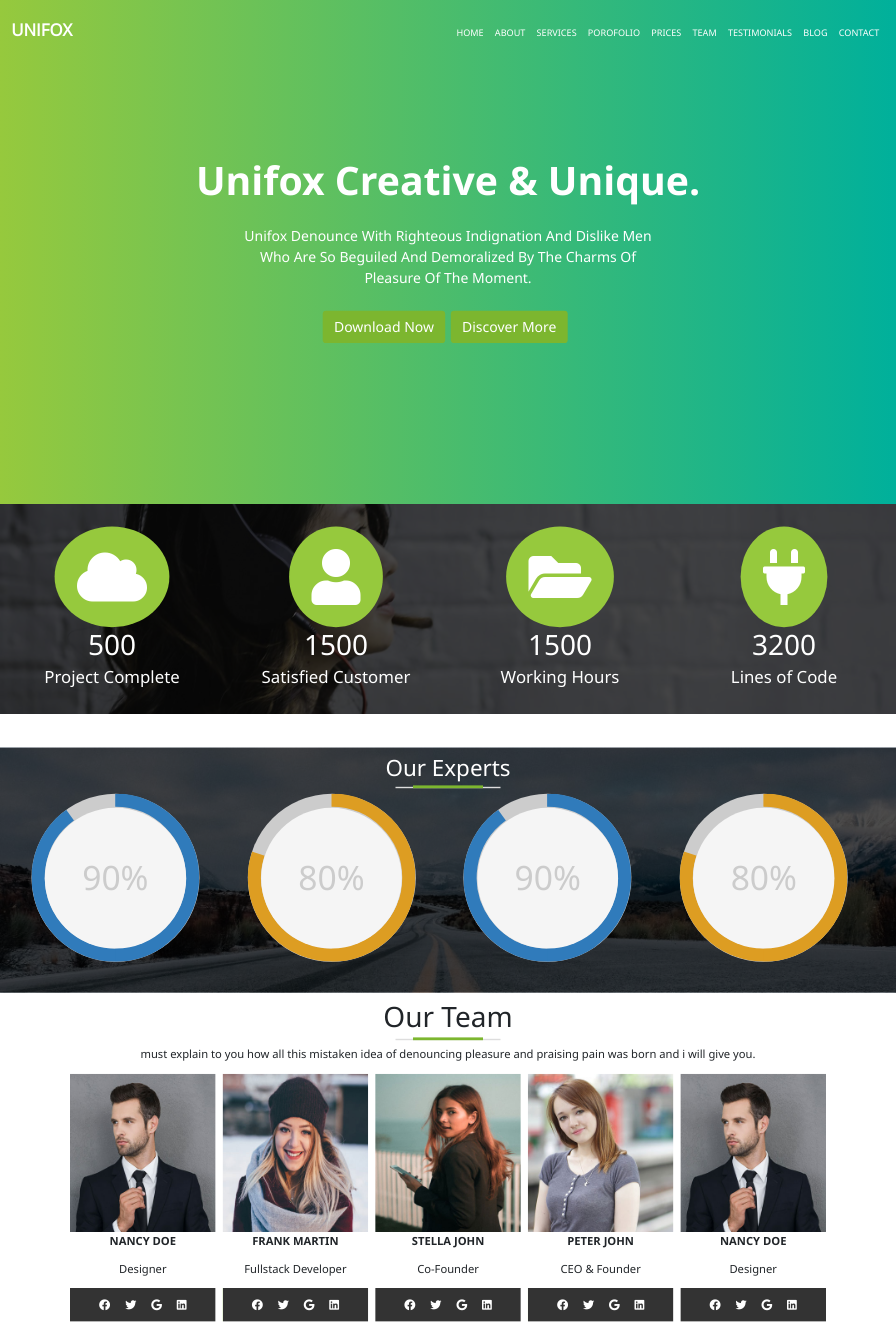
Repository: ibrkhalil/Uniforce-First-Attempt
Page: index.html
An editor plug-in stored every save of this project. The page is shown before and after a run of saves, followed by the edit.
The browser window is 1280 px wide. The pictures show the whole page, at 70% of full size.
Backgrounds fixed to the window are drawn as part of the page.

Above is the page before, as saved 2021-01-24 02:19:29.

### index.html
<!DOCTYPE html>
<html lang="en">
  <head>
    <meta charset="UTF-8" />
    <link rel="stylesheet" href="./bootstrap.min.css" />
    <link rel="stylesheet" href="owl.carousel.css" />
    <link rel="preconnect" href="https://fonts.gstatic.com" />
    <link rel="stylesheet" href="./jquery-ui.css" />
    <link
      rel="stylesheet"
      href="https://use.fontawesome.com/releases/v5.15.2/css/all.css"
      integrity="sha384-vSIIfh2YWi9wW0r9iZe7RJPrKwp6bG+s9QZMoITbCckVJqGCCRhc+ccxNcdpHuYu"
      crossorigin="anonymous"
    />
    <link rel="stylesheet" href="./circle.css" />
    <link
      href="https://fonts.googleapis.com/css2?family=Open+Sans&display=swap"
      rel="stylesheet"
    />
    <link rel="stylesheet" href="style.css" />
    <meta name="viewport" content="width=device-width, initial-scale=1.0" />
    <title>Unifox</title>
  </head>

  <body>
    <div class="main-nav">
      <nav
        class="navbar navbar-expand-lg justify-content-between sticky-top navbar-fixed-top"
      >
        <!-- <div class="container"> -->
        <a class="navbar-brand" href="#"><h3 class="unifox">UNIFOX</h3></a>
        <button
          class="navbar-toggler"
          type="button"
          data-toggle="collapse"
          data-target="#navbarSupportedContent"
          aria-controls="navbarSupportedContent"
          aria-expanded="false"
          aria-label="Toggle navigation"
        >
          <span class="fa fa-bars fa-3x"></span>
        </button>
        <div class="">
          <div class="nav-items">
            <div class="collapse navbar-collapse" id="navbarSupportedContent">
              <ul class="navbar-nav mr-auto">
                <li class="item">
                  <a class="nav-link active" href="#">HOME</a>
                </li>
                <li class="nav-item"><a class="nav-link" href="#">ABOUT</a></li>
                <li class="nav-item">
                  <a class="nav-link" href="#">SERVICES</a>
                </li>
                <li class="nav-item">
                  <a class="nav-link" href="#">POROFOLIO</a>
                </li>
                <li class="nav-link"><a href="#">PRICES</a></li>
                <li class="nav-link"><a href="#">TEAM</a></li>
                <li class="nav-link"><a href="#">TESTIMONIALS</a></li>
                <li class="nav-link"><a href="#">BLOG</a></li>
                <li class="nav-link"><a href="#">CONTACT</a></li>
              </ul>
            </div>
          </div>
        </div>

        <!-- </div> -->
      </nav>

      <!-- nav end -->

      <div class="jumbotron">
        <h1 class="display-4 jumbo-main-text">
          <strong>Unifox Creative & Unique.</strong>
        </h1>
        <p class="lead jumbo-subtext">
          Unifox Denounce With Righteous Indignation And Dislike Men Who Are So
          Beguiled And Demoralized By The Charms Of Pleasure Of The Moment.
        </p>

        <div class="jumbo-btns">
          <p class="lead">
            <a class="btn jumbo-btn btn-primary btn-lg" href="#" role="button"
              >Download Now</a
            >
          </p>
          <p class="lead">
            <a class="btn jumbo-btn btn-primary btn-lg" href="#" role="button"
              >Discover More</a
            >
          </p>
        </div>
      </div>
      <!-- jumbotron end -->
      <!-- heading end -->
    </div>
    <div class="counting-number parallax">
      <div class="container-fluid">
        <div class="row">
          <div class="col-md-3">
            <i class="fa counting-icon fa-cloud fa-5x"></i>
            <h1 class="counter" data-count="500">0</h1>
            <h4>Project Complete</h4>
          </div>
          <div class="col-md-3">
            <i class="fa counting-icon fa-user fa-5x"></i>
            <h1 class="counter" data-count="1500">0</h1>
            <h4>Satisfied Customer</h4>
          </div>
          <div class="col-md-3">
            <i class="fa counting-icon fa-folder-open fa-5x"></i>
            <h1 class="counter" data-count="1500">0</h1>
            <h4>Working Hours</h4>
          </div>
          <div class="col-md-3">
            <i class="fa counting-icon fa-plug fa-5x"></i>
            <h1 class="counter" data-count="3200">0</h1>
            <h4>Lines of Code</h4>
          </div>
        </div>
      </div>
    </div>

    <br />
    <br />

    <!-- Counting number div -->
    <div class="our-experts-main">
      <h2 class="our-experts-word line">Our Experts</h2>

      <div class="our-experts">
        <div class="clearfix circular-icons">
          <div class="c100 p90 big blue">
            <span>90%</span>
            <div class="slice">
              <div class="bar"></div>
              <div class="fill"></div>
            </div>
          </div>
          <div class="c100 p80 big orange">
            <span>80%</span>
            <div class="slice">
              <div class="bar"></div>
              <div class="fill"></div>
            </div>
          </div>
          <div class="c100 p90 big blue">
            <span>90%</span>
            <div class="slice">
              <div class="bar"></div>
              <div class="fill"></div>
            </div>
          </div>

          <div class="c100 p80 big orange">
            <span>80%</span>
            <div class="slice">
              <div class="bar"></div>
              <div class="fill"></div>
            </div>
          </div>
        </div>
        <!-- /green -->

        <!-- orange -->
        <div class="clearfix"></div>
      </div>
    </div>

    <!-- experts end -->

    <div class="our-team">
      <div class="container">
        <div class="our-team-text">
          <h1 class="line">Our Team</h1>

          <p>
            must explain to you how all this mistaken idea of denouncing
            pleasure and praising pain was born and i will give you.
          </p>
        </div>
        <div class="top-content">
          <div class="container-fluid">
            <div class="owl-carousel owl-theme">
              <div class="item">
                <img
                  src="./images/1 (1).jpg"
                  class="img-fluid mx-auto d-block"
                  alt="img1"
                />
                <strong class="team-member-name">
                  <p>STELLA JOHN</p>
                </strong>
                <p>Co-Founder</p>
                <div class="social-media-icons" data-content="Link Hover">
                  <div
                    class="container d-flex justify-content-around align-items-center"
                  >
                    <i class="fab fa-facebook"></i>
                    <i class="fab fa-twitter"></i>
                    <i class="fab fa-google"></i>
                    <i class="fab fa-linkedin"></i>
                  </div>
                </div>
              </div>

              <div class="item">
                <img
                  src="./images/2 (1).jpg"
                  class="img-fluid mx-auto d-block"
                  alt="img2"
                />
                <strong class="team-member-name">
                  <p>PETER JOHN</p>
                </strong>
                <p>CEO & Founder</p>
                <div class="social-media-icons">
                  <div
                    class="container d-flex justify-content-around align-items-center"
                  >
                    <i class="fab fa-facebook"></i>
                    <i class="fab fa-twitter"></i>
                    <i class="fab fa-google"></i>
                    <i class="fab fa-linkedin"></i>
                  </div>
                </div>
              </div>

              <div class="item">
                <img
                  src="./images/3 (1).jpg"
                  class="img-fluid mx-auto d-block"
                  alt="img3"
                />
                <strong class="team-member-name">
                  <p>NANCY DOE</p>
                </strong>
                <p>Designer</p>
                <div class="social-media-icons">
                  <div
                    class="container d-flex justify-content-around align-items-center"
                  >
                    <i class="fab fa-facebook"></i>
                    <i class="fab fa-twitter"></i>
                    <i class="fab fa-google"></i>
                    <i class="fab fa-linkedin"></i>
                  </div>
                </div>
              </div>

              <div class="item">
                <img
                  src="./images/4.jpg"
                  class="img-fluid mx-auto d-block"
                  alt="img4"
                />
                <strong class="team-member-name">
                  <p>FRANK MARTIN</p>
                </strong>
                <p>Fullstack Developer</p>
                <div class="social-media-icons">
                  <div
                    class="container d-flex justify-content-around align-items-center"
                  >
                    <i class="fab fa-facebook"></i>
                    <i class="fab fa-twitter"></i>
                    <i class="fab fa-google"></i>
                    <i class="fab fa-linkedin"></i>
                  </div>
                </div>
              </div>
            </div>
          </div>
        </div>
      </div>
    </div>

    <script src="./jquery.js"></script>
    <script src="./jquery-ui.js"></script>
    <script src="./owl.carousel.js"></script>
    <script src="./owl.autoplay.js"></script>
    <script src="./bootstrap.js"></script>
    <script src="./script.js"></script>
  </body>
</html>

### style.css
*{
    margin: 0;
    padding: 0;
}
body{
    font-family: 'Segoe UI', Tahoma, Geneva, Verdana, sans-serif;
}
.nav-items{
    display: flex;
    width: 100%;
    justify-content: space-between;
}
nav{
    display: flex;
    justify-content: space-around;
}
.main-nav h3{
    font-family: 'Open Sans', sans-serif;
    font-weight: bold;
    font-size: x-large;
}
.main-nav{
    transition: all 200ms;
    font-size: small;
    background: linear-gradient(to right, #96c93d, #00b09b);
    height: 100vh;
}
.main-nav a{
    text-decoration: none;
    color: white;
    border: none;
}
 .main-nav li, .main-nav h3 {
    margin-top: 1rem;
}
.circular-icons{
    display: flex;
    justify-content: space-between;
}
.jumbotron{
    text-align: center;
    margin-top: 5rem;
    color: white;
    background-color: transparent;
}
.jumbo-btn{
    background-color: #7CB62F;
}

.navbar-fixed-top a:hover{
    color: #3e3e3e;
}
.navbar-fixed-top.scrolled {
    width: 100vw;
    background-color: #fff !important;
    /* padding: 0.5rem 0; */
    /* transition: all 200ms ease; */

  }
/* .navbar-fixed-top.scrolled  a{
    color: black;

  } */
  .navbar-fixed-top.scrolled  a:hover{
    color: gray;

  }
.jumbo-btns{
    display: flex;
    justify-content: center;
}
.jumbo-subtext{

    margin: 2rem auto;
    width: 50%;
}
.jumbo-main-text{
font-weight: 400;
}
.jumbo-btns p{
   margin-right: 0.5rem;
}
.lead-btns a{
    display: flex;
    border: none;
}
.parallax {
    background-image: url("./fun_facts_bg.jpg");
    height: 300px;
    background-blend-mode: overlay;
    background-attachment: fixed;
    background-position: center;
    background-repeat: no-repeat;
    background-size: cover;
    background-color: rgba(0, 0, 0,0.7);
    color: white;
    text-align: center;
    display: flex;
    align-items: center;
  }
  .parallax img {
      height: 300px;
      object-fit: cover;
  }
  .counting-icon{
      padding: 2rem;
      background-color: #96c93d ;
      border-radius: 50%;
  }
.jumbo-btn:hover{
    transition: 1s;
    background-color: black;
}
.line{
    position: relative;
    text-align: center;
    padding: 10px 0;
}
.line::after , .line::before{
    content: "";
    width: 100px;
    height: 4px;
    position: absolute;
    background-color: #7CB62F;
    left: 50%;
    transform: translate(-50%,0);
    bottom: 0;
}
.line::before{
    height: 2px;
    background-color: #ddd;
    width: 150px;
}


.clearfix:before,.clearfix:after {content: " "; display: table;}
.clearfix:after {clear: both;}
.clearfix {*zoom: 1;}


.our-experts-main{
    background-image: url("./skill-bg.jpg");
    height: 350px;
    background-blend-mode: overlay;
    background-attachment: fixed;
    background-position: center;
    background-repeat: no-repeat;
    background-size: cover;
    background-color: rgba(0, 0, 0,0.7);
    color: white;
}
.our-experts-main:first-child{
    display: flex;
    justify-content: center;
}
.our-experts h2{
    display: block !important;
}
.our-team{
    text-align: center;
}
@media (min-width: 768px) and (max-width: 991px) {
    /* Show 4th slide on md if col-md-4*/
    .carousel-inner .active.col-md-4.carousel-item + .carousel-item + .carousel-item + .carousel-item {
        position: absolute;
        top: 0;
        right: -33.3333%;  /*change this with javascript in the future*/
        z-index: -1;
        display: block;
        visibility: visible;
    }
}
@media (min-width: 576px) and (max-width: 768px) {
    /* Show 3rd slide on sm if col-sm-6*/
    .carousel-inner .active.col-sm-6.carousel-item + .carousel-item + .carousel-item {
        position: absolute;
        top: 0;
        right: -50%;  /*change this with javascript in the future*/
        z-index: -1;
        display: block;
        visibility: visible;
    }
}
@media (min-width: 576px) {
    .carousel-item {
        margin-right: 0;
    }
    /* show 2 items */
    .carousel-inner .active + .carousel-item {
        display: block;
    }
    .carousel-inner .carousel-item.active:not(.carousel-item-right):not(.carousel-item-left),
    .carousel-inner .carousel-item.active:not(.carousel-item-right):not(.carousel-item-left) + .carousel-item {
        transition: none;
    }
    .carousel-inner .carousel-item-next {
        position: relative;
        transform: translate3d(0, 0, 0);
    }
    /* left or forward direction */
    .active.carousel-item-left + .carousel-item-next.carousel-item-left,
    .carousel-item-next.carousel-item-left + .carousel-item,
    .carousel-item-next.carousel-item-left + .carousel-item + .carousel-item {
        position: relative;
        transform: translate3d(-100%, 0, 0);
        visibility: visible;
    }
    /* farthest right hidden item must be also positioned for animations */
    .carousel-inner .carousel-item-prev.carousel-item-right {
        position: absolute;
        top: 0;
        left: 0;
        z-index: -1;
        display: block;
        visibility: visible;
    }
    /* right or prev direction */
    .active.carousel-item-right + .carousel-item-prev.carousel-item-right,
    .carousel-item-prev.carousel-item-right + .carousel-item,
    .carousel-item-prev.carousel-item-right + .carousel-item + .carousel-item {
        position: relative;
        transform: translate3d(100%, 0, 0);
        visibility: visible;
        display: block;
        visibility: visible;
    }
}
/* MD */
@media (min-width: 768px) {
    /* show 3rd of 3 item slide */
    .carousel-inner .active + .carousel-item + .carousel-item {
        display: block;
    }
    .carousel-inner .carousel-item.active:not(.carousel-item-right):not(.carousel-item-left) + .carousel-item + .carousel-item {
        transition: none;
    }
    .carousel-inner .carousel-item-next {
        position: relative;
        transform: translate3d(0, 0, 0);
    }
    /* left or forward direction */
    .carousel-item-next.carousel-item-left + .carousel-item + .carousel-item + .carousel-item {
        position: relative;
        transform: translate3d(-100%, 0, 0);
        visibility: visible;
    }
    /* right or prev direction */
    .carousel-item-prev.carousel-item-right + .carousel-item + .carousel-item + .carousel-item {
        position: relative;
        transform: translate3d(100%, 0, 0);
        visibility: visible;
        display: block;
        visibility: visible;
    }
}
/* LG */
@media (min-width: 991px) {
    /* show 4th item */
    .carousel-inner .active + .carousel-item + .carousel-item + .carousel-item {
        display: block;
    }
    .carousel-inner .carousel-item.active:not(.carousel-item-right):not(.carousel-item-left) + .carousel-item + .carousel-item + .carousel-item {
        transition: none;
    }
    /* Show 5th slide on lg if col-lg-3 */
    .carousel-inner .active.col-lg-3.carousel-item + .carousel-item + .carousel-item + .carousel-item + .carousel-item {
        position: absolute;
        top: 0;
        right: -25%;  /*change this with javascript in the future*/
        z-index: -1;
        display: block;
        visibility: visible;
    }
    /* left or forward direction */
    .carousel-item-next.carousel-item-left + .carousel-item + .carousel-item + .carousel-item + .carousel-item {
        position: relative;
        transform: translate3d(-100%, 0, 0);
        visibility: visible;
    }
    /* right or prev direction //t - previous slide direction last item animation fix */
    .carousel-item-prev.carousel-item-right + .carousel-item + .carousel-item + .carousel-item + .carousel-item {
        position: relative;
        transform: translate3d(100%, 0, 0);
        visibility: visible;
        display: block;
        visibility: visible;
    }
}
.social-media-icons{
    color: white;
    padding: 1rem;
    /* clip-path: polygon(0 0, 0 0, 0% 100%, 0 100%); */
    /* background-size: 100% 0;y/ */
    /* width: 100%; */
    background: red; /* default color */

    /* "to left" / "to right" - affects initial color */
    background: linear-gradient(to left, #333 50%, #7CB62F 50%) right;
    background-size: 200%;
    transition: 1s ease;
}
.social-media-icons:hover{
    background-position:left;
}
.social-media-icons i{
    cursor: pointer;
}

/* .social-media-icons::before{
    position: absolute; */
    /* content: attr(data-content); */
/* } */


.social-media-icons .fab:hover{
    transition: 1s;
    color: gold;
}
.carousel-item:nth-child(2){
    margin-bottom: 1rem;
}
@media screen and (max-width: 768px){
    /* .navbar-nav{ */
        .navbody{
        display: none;
        justify-content: center;
        width: 100vw;
        /* float: right; */
    }
}

Loaded but not shown: bootstrap.min.css (library); owl.carousel.css (library); jquery-ui.css (library); jquery.js (library); jquery-ui.js (library); owl.carousel.js (library); owl.autoplay.js (library); bootstrap.js (library); script.js (88 lines, source omitted); circle.css (879 lines, source omitted)

After the next 2 saves:
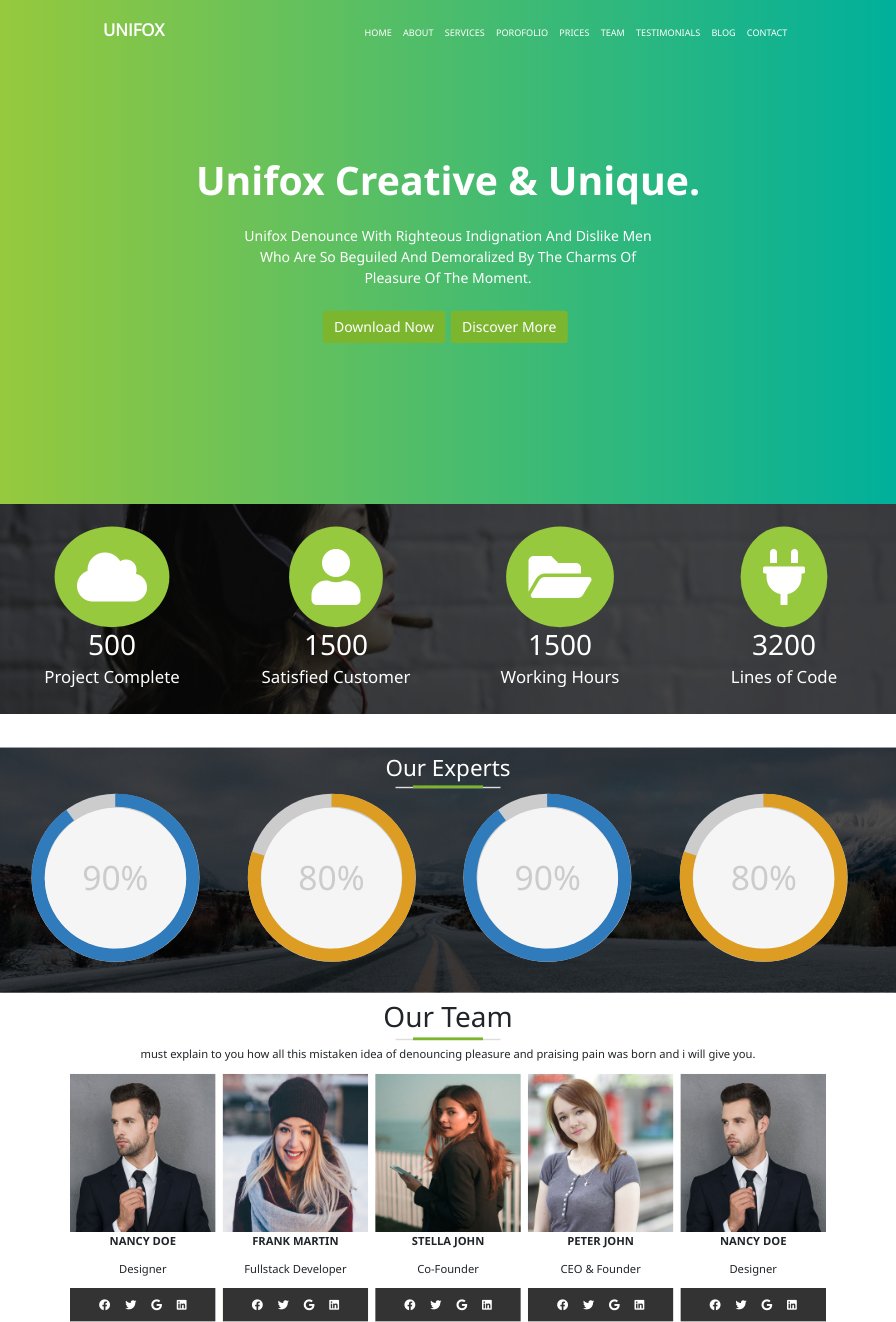
The 2 saves are shown as one change because they came seconds apart.
The last was saved 22 s later.
--- a/index.html
+++ b/index.html
@@ -25,7 +25,7 @@
   <body>
     <div class="main-nav">
       <nav
-        class="navbar navbar-expand-lg justify-content-between sticky-top navbar-fixed-top"
+        class="navbar navbar-expand-lg justify-content-around sticky-top navbar-fixed-top"
       >
         <!-- <div class="container"> -->
         <a class="navbar-brand" href="#"><h3 class="unifox">UNIFOX</h3></a>
